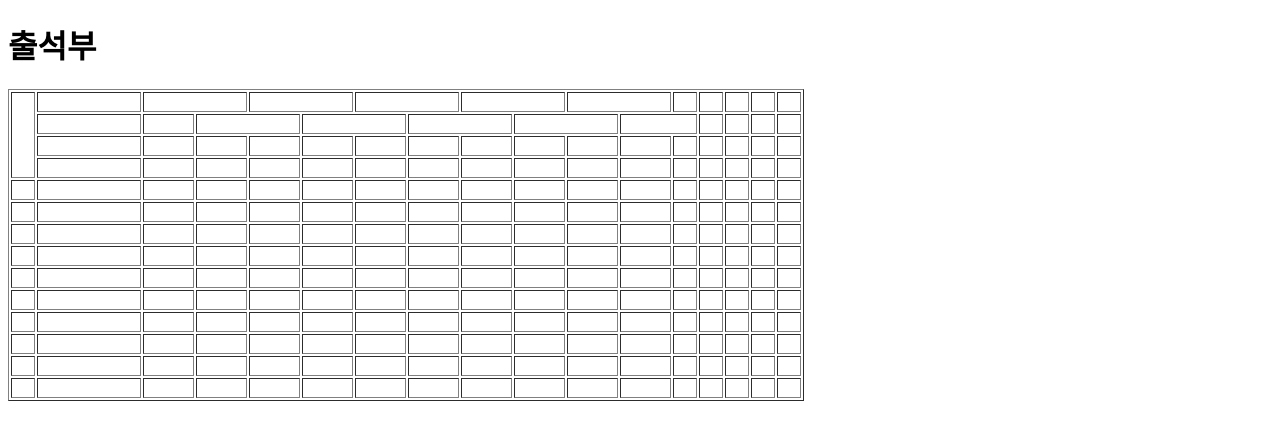
Repository: sujin9335/Front-end
Page: ClientTest/src/main/webapp/html/문제/11.html
The author's editor kept a copy of each file at every save. The page is drawn from the files as they stood at one save, then again after the next save.
The browser window is 1280 px wide. The pictures show the whole page.

Above is the page before, as saved 2023-09-21 02:43:40.

### ClientTest/src/main/webapp/html/문제/11.html
<!DOCTYPE html>
<html>
<head>
<meta charset="UTF-8">
<title>Insert title here</title>
</head>
<body>

	<!-- 12x 14-->
	<h1><b>출석부</b></h1>
	<table border="1" >
		<tr height="20">
			<td align="center" width="20" rowspan="4"></td>
			<td align="center" width="100"></td>
			<td align="center" width="100" colspan="2"></td>
			<td align="center" width="100" colspan="2"></td>
			<td align="center" width="100" colspan="2"></td>
			<td align="center" width="100" colspan="2"></td>
			<td align="center" width="100" colspan="2"></td>
			<td align="center" width="20"></td>
			<td align="center" width="20"></td>
			<td align="center" width="20"></td>
			<td align="center" width="20"></td>
			<td align="center" width="20"></td>
		</tr>
		<tr height="20">
			<td align="center"></td>
			<td align="center"></td>
			<td align="center" colspan="2"></td>
			<td align="center" colspan="2"></td>
			<td align="center" colspan="2"></td>
			<td align="center" colspan="2"></td>
			<td align="center" colspan="2"></td>
			<td align="center"></td>
			<td align="center"></td>
			<td align="center"></td>
			<td align="center"></td>
		</tr>
		<tr height="20">
			<td align="center"></td>
			<td align="center"></td>
			<td align="center"></td>
			<td align="center"></td>
			<td align="center"></td>
			<td align="center"></td>
			<td align="center"></td>
			<td align="center"></td>
			<td align="center"></td>
			<td align="center"></td>
			<td align="center"></td>
			<td align="center"></td>
			<td align="center"></td>
			<td align="center"></td>
			<td align="center"></td>
			<td align="center"></td>
		</tr>
		<tr height="20">
			<td align="center"></td>
			<td align="center"></td>
			<td align="center"></td>
			<td align="center"></td>
			<td align="center"></td>
			<td align="center"></td>
			<td align="center"></td>
			<td align="center"></td>
			<td align="center"></td>
			<td align="center"></td>
			<td align="center"></td>
			<td align="center"></td>
			<td align="center"></td>
			<td align="center"></td>
			<td align="center"></td>
			<td align="center"></td>
		</tr>
		<tr height="20">
			<td align="center"></td>
			<td align="center"></td>
			<td align="center"></td>
			<td align="center"></td>
			<td align="center"></td>
			<td align="center"></td>
			<td align="center"></td>
			<td align="center"></td>
			<td align="center"></td>
			<td align="center"></td>
			<td align="center"></td>
			<td align="center"></td>
			<td align="center"></td>
			<td align="center"></td>
			<td align="center"></td>
			<td align="center"></td>
			<td align="center"></td>
		</tr>
		<tr height="20">
			<td align="center"></td>
			<td align="center"></td>
			<td align="center"></td>
			<td align="center"></td>
			<td align="center"></td>
			<td align="center"></td>
			<td align="center"></td>
			<td align="center"></td>
			<td align="center"></td>
			<td align="center"></td>
			<td align="center"></td>
			<td align="center"></td>
			<td align="center"></td>
			<td align="center"></td>
			<td align="center"></td>
			<td align="center"></td>
			<td align="center"></td>
		</tr>
		<tr height="20">
			<td align="center"></td>
			<td align="center"></td>
			<td align="center"></td>
			<td align="center"></td>
			<td align="center"></td>
			<td align="center"></td>
			<td align="center"></td>
			<td align="center"></td>
			<td align="center"></td>
			<td align="center"></td>
			<td align="center"></td>
			<td align="center"></td>
			<td align="center"></td>
			<td align="center"></td>
			<td align="center"></td>
			<td align="center"></td>
			<td align="center"></td>
		</tr>
		<tr height="20">
			<td align="center"></td>
			<td align="center"></td>
			<td align="center"></td>
			<td align="center"></td>
			<td align="center"></td>
			<td align="center"></td>
			<td align="center"></td>
			<td align="center"></td>
			<td align="center"></td>
			<td align="center"></td>
			<td align="center"></td>
			<td align="center"></td>
			<td align="center"></td>
			<td align="center"></td>
			<td align="center"></td>
			<td align="center"></td>
			<td align="center"></td>
		</tr>
		<tr height="20">
			<td align="center"></td>
			<td align="center"></td>
			<td align="center"></td>
			<td align="center"></td>
			<td align="center"></td>
			<td align="center"></td>
			<td align="center"></td>
			<td align="center"></td>
			<td align="center"></td>
			<td align="center"></td>
			<td align="center"></td>
			<td align="center"></td>
			<td align="center"></td>
			<td align="center"></td>
			<td align="center"></td>
			<td align="center"></td>
			<td align="center"></td>
		</tr>
		<tr height="20">
			<td align="center"></td>
			<td align="center"></td>
			<td align="center"></td>
			<td align="center"></td>
			<td align="center"></td>
			<td align="center"></td>
			<td align="center"></td>
			<td align="center"></td>
			<td align="center"></td>
			<td align="center"></td>
			<td align="center"></td>
			<td align="center"></td>
			<td align="center"></td>
			<td align="center"></td>
			<td align="center"></td>
			<td align="center"></td>
			<td align="center"></td>
		</tr>
		<tr height="20">
			<td align="center"></td>
			<td align="center"></td>
			<td align="center"></td>
			<td align="center"></td>
			<td align="center"></td>
			<td align="center"></td>
			<td align="center"></td>
			<td align="center"></td>
			<td align="center"></td>
			<td align="center"></td>
			<td align="center"></td>
			<td align="center"></td>
			<td align="center"></td>
			<td align="center"></td>
			<td align="center"></td>
			<td align="center"></td>
			<td align="center"></td>
		</tr>
		<tr height="20">
			<td align="center"></td>
			<td align="center"></td>
			<td align="center"></td>
			<td align="center"></td>
			<td align="center"></td>
			<td align="center"></td>
			<td align="center"></td>
			<td align="center"></td>
			<td align="center"></td>
			<td align="center"></td>
			<td align="center"></td>
			<td align="center"></td>
			<td align="center"></td>
			<td align="center"></td>
			<td align="center"></td>
			<td align="center"></td>
			<td align="center"></td>
		</tr>
		<tr height="20">
			<td align="center"></td>
			<td align="center"></td>
			<td align="center"></td>
			<td align="center"></td>
			<td align="center"></td>
			<td align="center"></td>
			<td align="center"></td>
			<td align="center"></td>
			<td align="center"></td>
			<td align="center"></td>
			<td align="center"></td>
			<td align="center"></td>
			<td align="center"></td>
			<td align="center"></td>
			<td align="center"></td>
			<td align="center"></td>
			<td align="center"></td>
		</tr>
		<tr height="20">
			<td align="center"></td>
			<td align="center"></td>
			<td align="center"></td>
			<td align="center"></td>
			<td align="center"></td>
			<td align="center"></td>
			<td align="center"></td>
			<td align="center"></td>
			<td align="center"></td>
			<td align="center"></td>
			<td align="center"></td>
			<td align="center"></td>
			<td align="center"></td>
			<td align="center"></td>
			<td align="center"></td>
			<td align="center"></td>
			<td align="center"></td>
		</tr>







	</table>





</body>
</html>

After the next save:
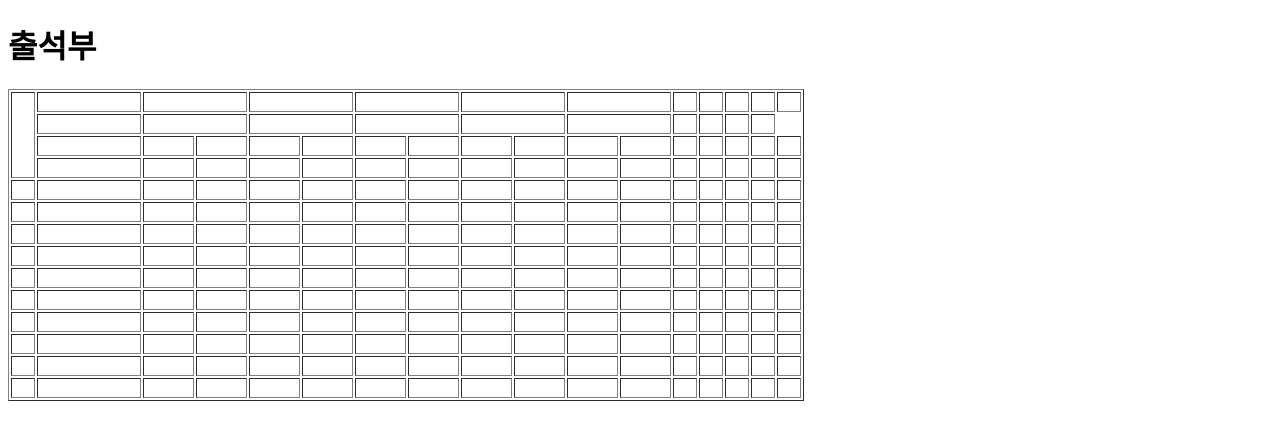
Saved 48 s later.
--- a/ClientTest/src/main/webapp/html/문제/11.html
+++ b/ClientTest/src/main/webapp/html/문제/11.html
@@ -25,7 +25,6 @@
 		</tr>
 		<tr height="20">
 			<td align="center"></td>
-			<td align="center"></td>
 			<td align="center" colspan="2"></td>
 			<td align="center" colspan="2"></td>
 			<td align="center" colspan="2"></td>
